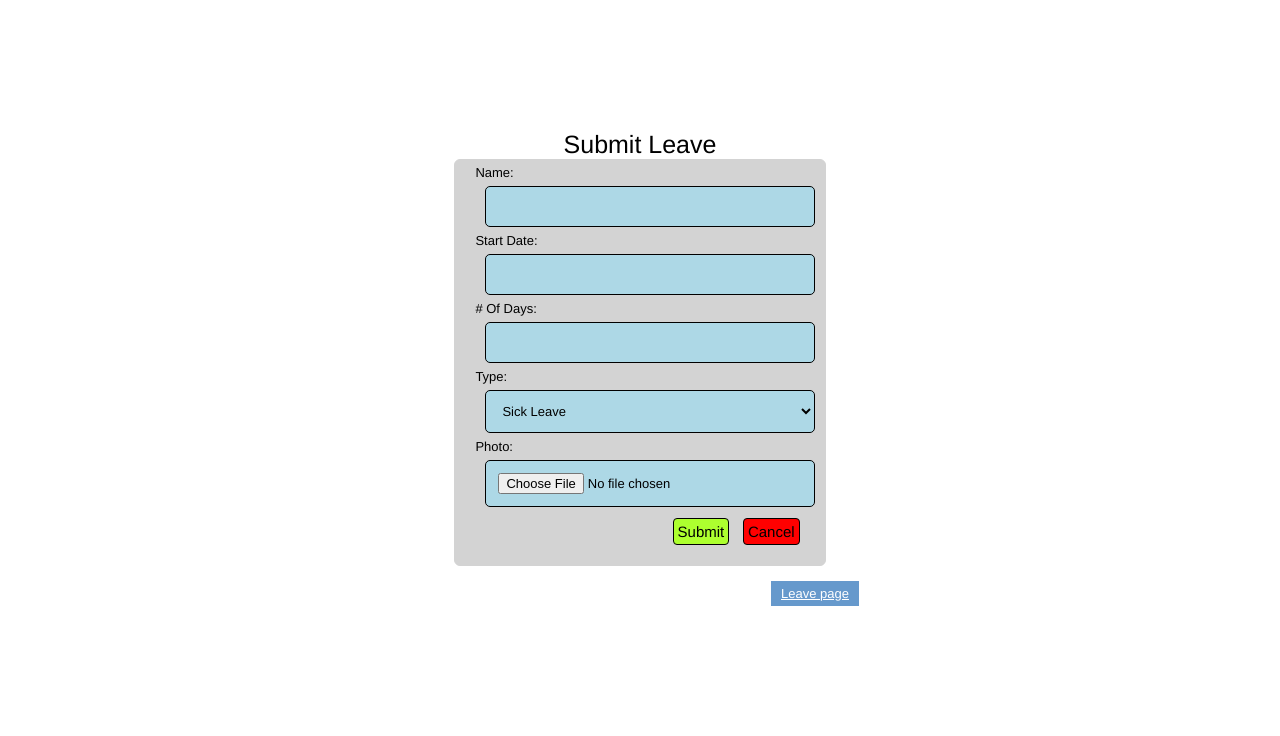
Repository: Murad71/BasicCRUD
Page: index.html
These files come from the project's save history. The page is drawn as it stood at one moment and after the next save; the edit follows.
The browser window is 1280 px wide. The pictures show the whole page.

Above is the page before, as saved 2023-04-18 21:45:47.

After the next save:
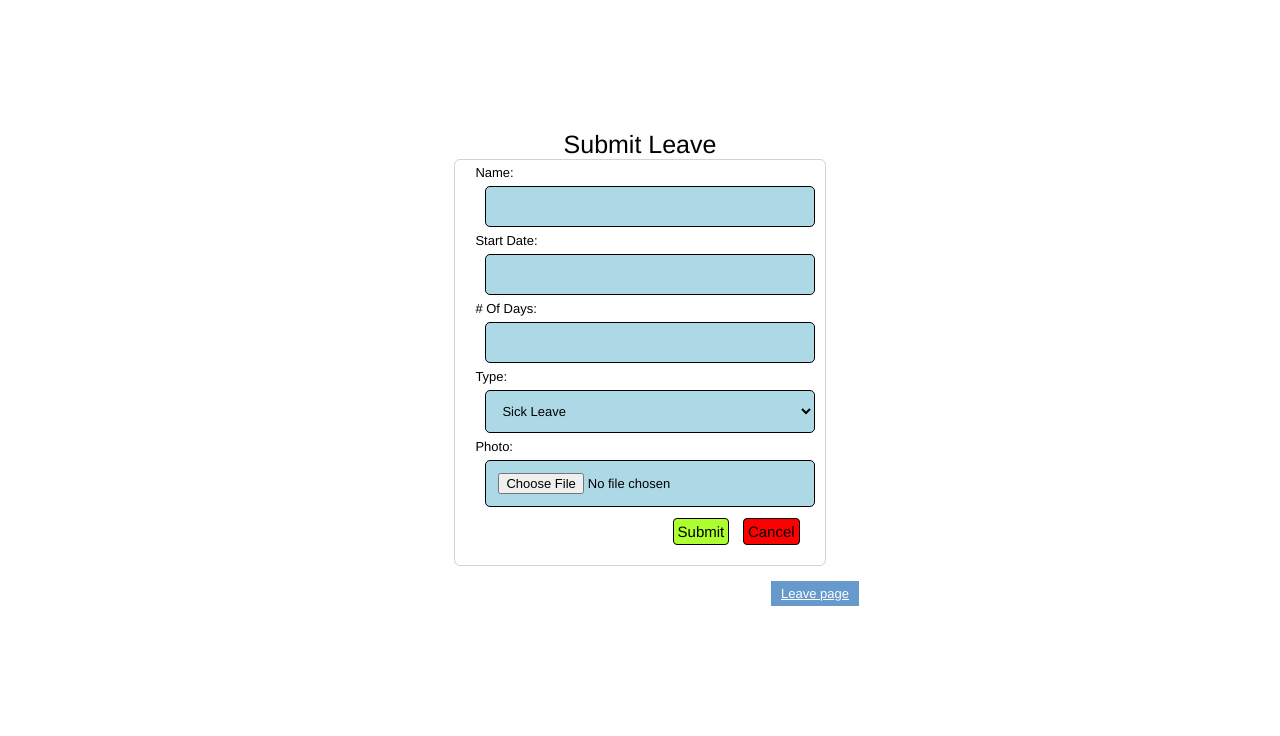
Saved 78 s later.
--- a/index.css
+++ b/index.css
@@ -14,7 +14,7 @@
 }
 
 .container {
-  background-color: lightgray;
+  background-color: white;
   padding: 5px 20px 15px 20px;
   border: 1px solid lightgray;
   border-radius: 6px;
